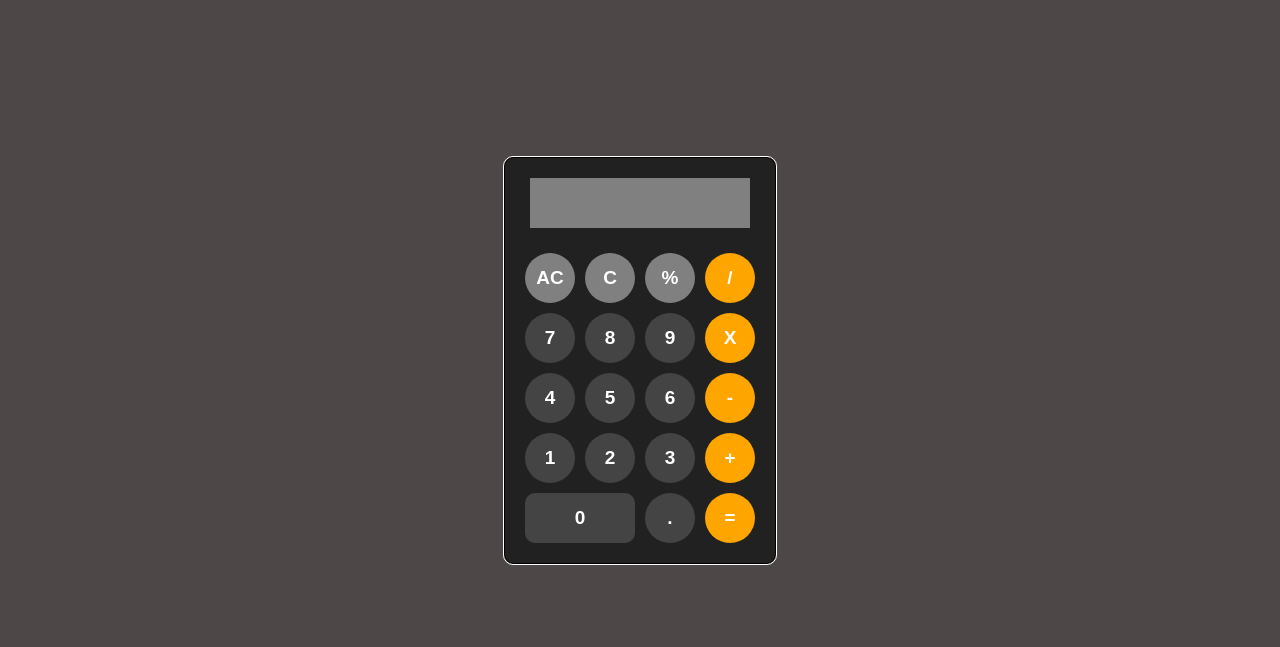
Repository: dmpelaez/calculator
Page: Calculator.html
These files come from the project's save history. The page is drawn as it stood at one moment and after the next save; the edit follows.
The browser window is 1280 px wide. The pictures show the whole page.

Above is the page before, as saved 2025-12-16 00:36:26.

### Calculator.html
<!DOCTYPE html>

  <html>
    <head>

      <title>Calculator</title>

      <!--CSS-->
      <link rel="stylesheet" href="Calculator.css">

    </head>
    <body>
      <!--Container-->
      <main class="container">

        <!--Sections-->
        <section class="Section">

          <!--Input section-->
          <input class="inputSection" name="display" value="" disabled>

          <!--Btns section-->
          <div class="btnSection">
            <button class="btn cancel">AC</button>
            <button class="btn signs">C</button>
            <button class="btn rmnder" onclick="appendNumber('%')">%</button>
            <button class="btn divide" onclick="appendNumber(' / ')">/</button>
            <button class="btn seven" onclick="appendNumber('7')">7</button>
            <button class="btn eight" onclick="appendNumber('8')">8</button>
            <button class="btn nine" onclick="appendNumber('9')">9</button>
            <button class="btn times" onclick="appendNumber(' * ')">X</button>
            <button class="btn four" onclick="appendNumber('4')">4</button>
            <button class="btn five" onclick="appendNumber('5')">5</button>
            <button class="btn six" onclick="appendNumber('6')">6</button>
            <button class="btn minus"  onclick="appendNumber(' - ')">-</button>
            <button class="btn one" onclick="appendNumber('1')">1</button>
            <button class="btn two" onclick="appendNumber('2')">2</button>
            <button class="btn three" onclick="appendNumber('3')">3</button>
            <button class="btn plus"  onclick="appendNumber(' + ')">+</button>
            <button class="btn zero" onclick="appendNumber('0')">0</button>
            <button class="btn dot" onclick="appendNumber('.')" >.</button>
            <button class="btn equal" onclick="equal()"">=</button>
          </div>
        </section>


      </main>

      <script src="Calculator.js"></script>
    </body>

  </html>

### Calculator.css
body {
  margin: 0;
  padding: 0;
  box-sizing: border-box;
  display: flex;
  align-items: center;
  justify-content: center;
  height: 100vh;
  background: rgb(78, 71, 71);
}

.container {
  border: 1px solid white;
  border-radius: 10px;
  overflow: hidden;
}

.Section {
display: flex;
flex-direction: column;
border: 1px solid black;
border-radius: 10px;
gap: 20px;
background: rgb(34, 33, 33);
align-items: center;
justify-content: center;
}
.inputSection {
  color: white;
  padding: 20px;
  padding-bottom: 0px;
  margin-top: 20px;
  width: 180px;
  height: 30px;

  font-size: 19px;
  font-weight: bold;
  background: gray;
  border: none;

}
.btnSection {
  display: grid;
  grid-template-columns: 1fr 1fr 1fr 1fr;
  padding: 20px;
  gap: 10px;
  padding-top: 5px;
}
.btn {
  border: none;
  height: 50px;
  width: 50px;
  border-radius: 50%;
  font-weight: bold;
  Font-size: 19px;
  cursor: pointer;
  color: white;
  background: rgb(68, 68, 68);
}
.btn:hover {
  opacity: 0.8;
}
.btn:active {
  opacity: 1;
}

.equal {
  grid-column: 4
}
.dot {
  grid-column: 3
}
.zero {
  grid-row: 5;
  grid-column: 1 / 2 span;
  background: white;
  width: auto;
  border-radius: 10px;
  background: rgb(68, 68, 68);
}
.cancel,
.signs,
.rmnder {
  background: gray;
}
.divide,
.times,
.minus,
.plus,
.equal {
  background: orange;
}

### Calculator.js

let answer = '';


function appendNumber(num) {
  answer += num;

  document.querySelector('.inputSection')
  .value = answer;
};


document.querySelector('.cancel')
.addEventListener('click', () => {
    answer = '';
    document.querySelector('.inputSection')
    .value = answer;
})

document.querySelector('.signs')
.addEventListener('click', () => {
  const value = document.querySelector('.inputSection').value.slice(0, -1);
  document.querySelector('.inputSection').value = value;
  answer = value;

});


function equal() {
  document.querySelector('.equal')
  .addEventListener('click', () => {
    try {
      answer = eval(answer);
      document.querySelector('.inputSection').value = answer;
    } catch {
      document.querySelector('.inputSection').value = "Error";
    }
  })
}

After the next save:
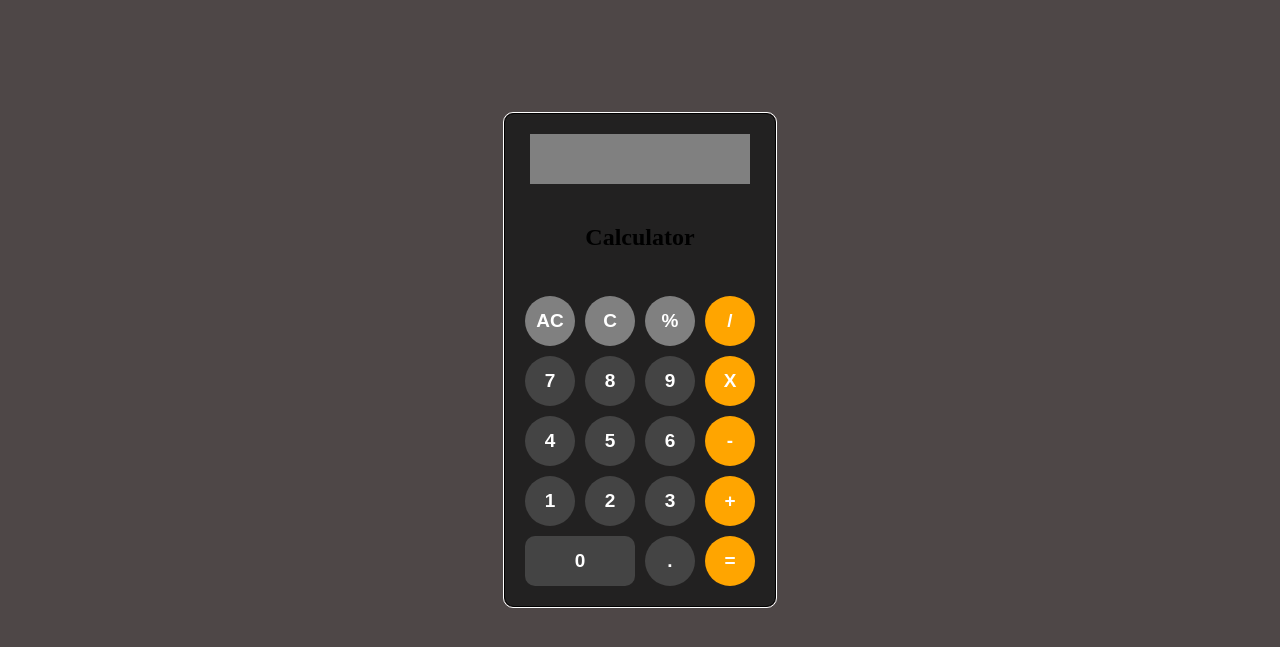
Saved 20 s later.
--- a/Calculator.html
+++ b/Calculator.html
@@ -18,7 +18,7 @@
 
           <!--Input section-->
           <input class="inputSection" name="display" value="" disabled>
-
+          <h1>Calculator</h1>
           <!--Btns section-->
           <div class="btnSection">
             <button class="btn cancel">AC</button>
